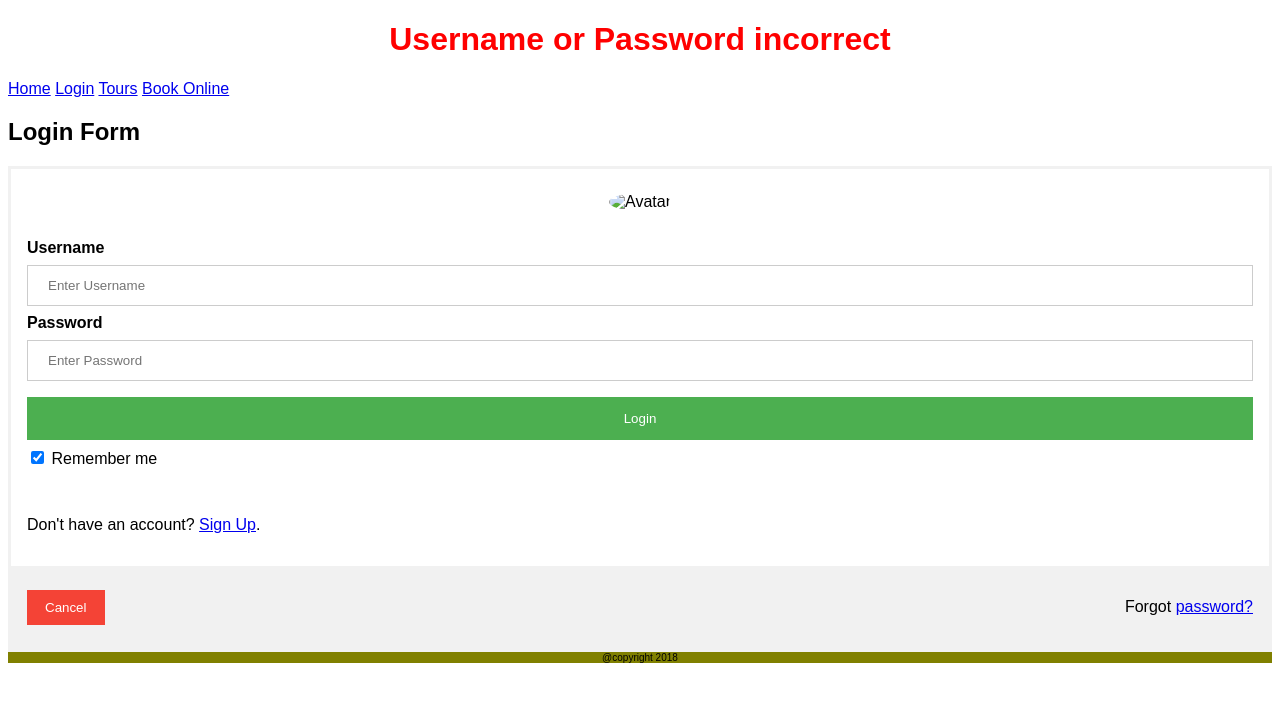
Repository: Rahim89/ANYFT
Page: http://localhost/CaseStudy/WEB-INF/views/errorPage.jsp
The author's editor kept a copy of each file at every save. The page is drawn from the files as they stood at one save, then again after the next save.
The browser window is 1280 px wide. The pictures show the whole page.
The page is served by Tomcat 9. Nobody is signed in. Other server files are loaded and not shown. The template is opened directly, without the code that normally fills it, so the values that code supplies are empty.

Above is the page before, as saved 2018-09-17 18:22:45.
Not found: CaseStudy/CaseStudy/WEB-INF/views/img_avatar2.png

### CaseStudy/WebContent/WEB-INF/views/errorPage.jsp
<%@ page language="java" contentType="text/html; charset=UTF-8"
    pageEncoding="UTF-8"%>
<!DOCTYPE html>
<html>
<head>
<meta charset="UTF-8">
<title>Error Page</title>
</head>
<body>

	<div>
	<h1 style="text-align:center; color: red;">Username or Password incorrect</h1>
		<%@include file="login.jsp" %>
	</div>

</body>
</html>

### CaseStudy/WebContent/WEB-INF/views/login.jsp
<%@ page language="java" contentType="text/html; charset=UTF-8"
    pageEncoding="UTF-8"%>
<!DOCTYPE html>
<html>
<head>
<meta charset="UTF-8">
<title>Login</title>

<style>
body {font-family: Arial, Helvetica, sans-serif;}
form {border: 3px solid #f1f1f1;}

input[type=text], input[type=password] {
    width: 100%;
    padding: 12px 20px;
    margin: 8px 0;
    display: inline-block;
    border: 1px solid #ccc;
    box-sizing: border-box;
}

button {
    background-color: #4CAF50;
    color: white;
    padding: 14px 20px;
    margin: 8px 0;
    border: none;
    cursor: pointer;
    width: 100%;
}

button:hover {
    opacity: 0.8;
}

.cancelbtn {
    width: auto;
    padding: 10px 18px;
    background-color: #f44336;
}

.imgcontainer {
    text-align: center;
    margin: 24px 0 12px 0;
}

img.avatar {
    width: 40%;
    border-radius: 50%;
}

.container {
    padding: 16px;
}

span.psw {
    float: right;
    padding-top: 16px;
}

/* Change styles for span and cancel button on extra small screens */
@media screen and (max-width: 300px) {
    span.psw {
       display: block;
       float: none;
    }
    .cancelbtn {
       width: 100%;
    }
}
</style>
</head>
<body>
	<div id = "header">
    <%@include file="header.jsp" %>
    </div>

	<h2>Login Form</h2>

<form action="/home">
  <div class="imgcontainer">
    <img src="img_avatar2.png" alt="Avatar" class="avatar">
  </div>

  <div class="container">
    <label for="uname"><b>Username</b></label>
    <input type="text" placeholder="Enter Username" name="userName" required/>

    <label for="psw"><b>Password</b></label>
    <input type="password" placeholder="Enter Password" name="password" required/>

    <button type="submit">Login</button>
    <label>
      <input type="checkbox" checked="checked" name="remember"> Remember me
    </label>
  </div>
	 <div class="container signin">
   		 <p>Don't have an account? <a href="registration">Sign Up</a>.</p>
  		</div>
  <div class="container" style="background-color:#f1f1f1">
    <button type="button" class="cancelbtn">Cancel</button>
    <span class="psw">Forgot <a href="#">password?</a></span>
  </div>
</form>






	<div>
    <%@include file="footer.jsp" %>
    </div>
</body>
</html>

### CaseStudy/WebContent/WEB-INF/views/header.jsp
<%@ page language="java" contentType="text/html; charset=UTF-8"
    pageEncoding="UTF-8"%>
<!DOCTYPE html>
<html>
<head>
<meta charset="UTF-8">
<title>Insert title here</title>
</head>

<body>

<nav class="topnav" id="myTopnav">
  <a href="home" class="active">Home</a>
  <a href="login">Login</a>
  <a href="tourpackage">Tours</a>
  <a href="booking">Book Online</a>

</nav>


</body>
</html>

### CaseStudy/WebContent/WEB-INF/views/footer.jsp
<%@ page language="java" contentType="text/html; charset=UTF-8"
    pageEncoding="UTF-8"%>
<!DOCTYPE html>
<html>
<head>
<meta charset="UTF-8">
<title>Footer</title>
</head>
<body>
	<div  style="background-color: Olive;text-align: center;font-size: 10px;height: 5%;"> @copyright 2018</div>
</body>
</html>

After the next save:
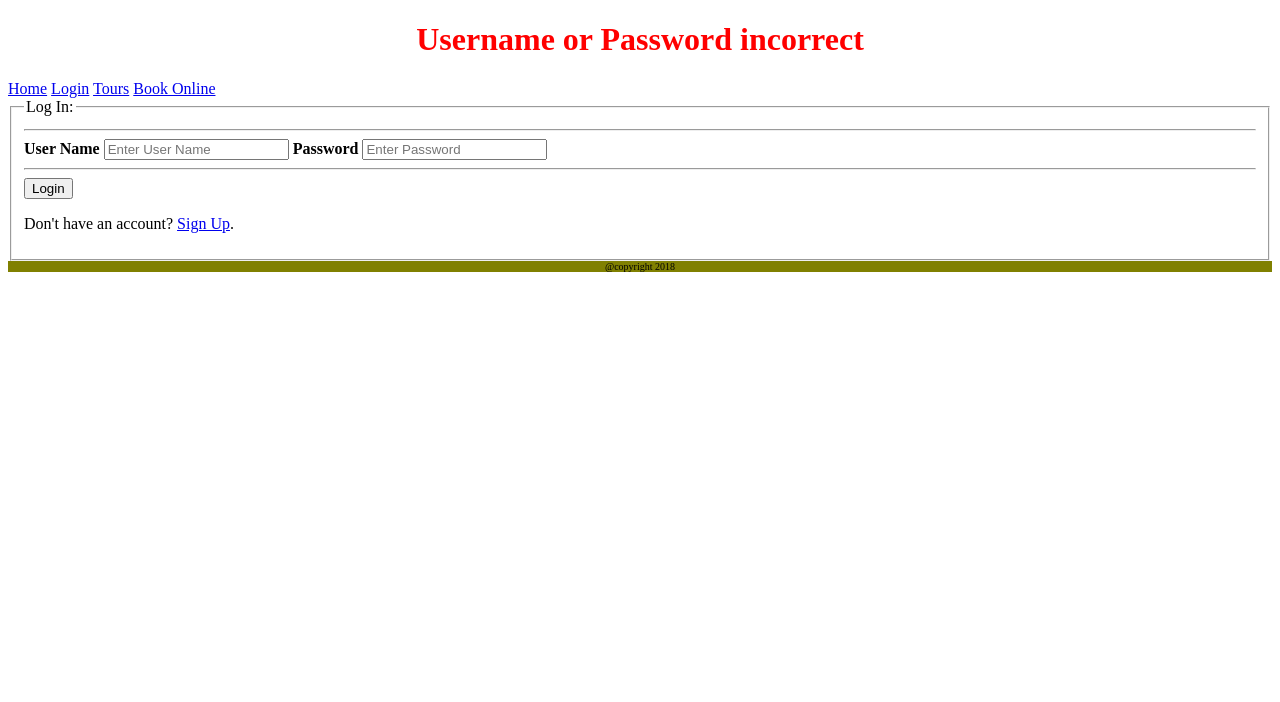
Saved 31 s later.
--- a/CaseStudy/WebContent/WEB-INF/views/login.jsp
+++ b/CaseStudy/WebContent/WEB-INF/views/login.jsp
@@ -5,107 +5,35 @@
 <head>
 <meta charset="UTF-8">
 <title>Login</title>
-
-<style>
-body {font-family: Arial, Helvetica, sans-serif;}
-form {border: 3px solid #f1f1f1;}
-
-input[type=text], input[type=password] {
-    width: 100%;
-    padding: 12px 20px;
-    margin: 8px 0;
-    display: inline-block;
-    border: 1px solid #ccc;
-    box-sizing: border-box;
-}
-
-button {
-    background-color: #4CAF50;
-    color: white;
-    padding: 14px 20px;
-    margin: 8px 0;
-    border: none;
-    cursor: pointer;
-    width: 100%;
-}
-
-button:hover {
-    opacity: 0.8;
-}
-
-.cancelbtn {
-    width: auto;
-    padding: 10px 18px;
-    background-color: #f44336;
-}
-
-.imgcontainer {
-    text-align: center;
-    margin: 24px 0 12px 0;
-}
-
-img.avatar {
-    width: 40%;
-    border-radius: 50%;
-}
-
-.container {
-    padding: 16px;
-}
-
-span.psw {
-    float: right;
-    padding-top: 16px;
-}
-
-/* Change styles for span and cancel button on extra small screens */
-@media screen and (max-width: 300px) {
-    span.psw {
-       display: block;
-       float: none;
-    }
-    .cancelbtn {
-       width: 100%;
-    }
-}
-</style>
 </head>
 <body>
 	<div id = "header">
     <%@include file="header.jsp" %>
     </div>
 
-	<h2>Login Form</h2>
+	<form action="userverification" method="post">
+	  <fieldset>
+	    <legend>Log In:</legend>
 
-<form action="/home">
-  <div class="imgcontainer">
-    <img src="img_avatar2.png" alt="Avatar" class="avatar">
-  </div>
+	    <div class="container">
+    <hr>
 
-  <div class="container">
-    <label for="uname"><b>Username</b></label>
-    <input type="text" placeholder="Enter Username" name="userName" required/>
+	<label for="text"><b>User Name</b></label>
+    <input type="text" placeholder="Enter User Name" name="username" required/>
 
     <label for="psw"><b>Password</b></label>
     <input type="password" placeholder="Enter Password" name="password" required/>
 
-    <button type="submit">Login</button>
-    <label>
-      <input type="checkbox" checked="checked" name="remember"> Remember me
-    </label>
-  </div>
-	 <div class="container signin">
+	<hr>
+
+	    <button type="submit" class="registerbtn">Login</button>
+	    </div>
+
+	    <div class="container signin">
    		 <p>Don't have an account? <a href="registration">Sign Up</a>.</p>
   		</div>
-  <div class="container" style="background-color:#f1f1f1">
-    <button type="button" class="cancelbtn">Cancel</button>
-    <span class="psw">Forgot <a href="#">password?</a></span>
-  </div>
-</form>
 
-
-
-
+	  </fieldset></form>
 
 
 	<div>
